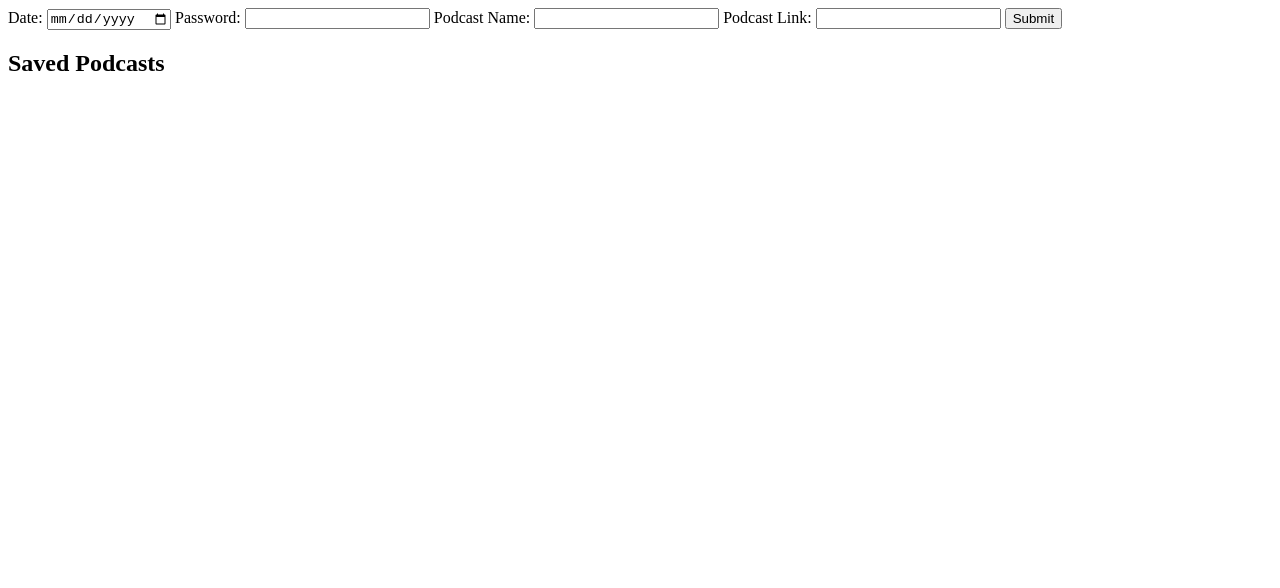
Repository: fechinmitchell/thedailyonepercent
Page: form.html
These files come from the project's save history. The page is drawn as it stood at one moment and after the next save; the edit follows.
The browser window is 1280 px wide. The pictures show the whole page.

Above is the page before, as saved 2023-06-21 21:37:05.

After the next save:
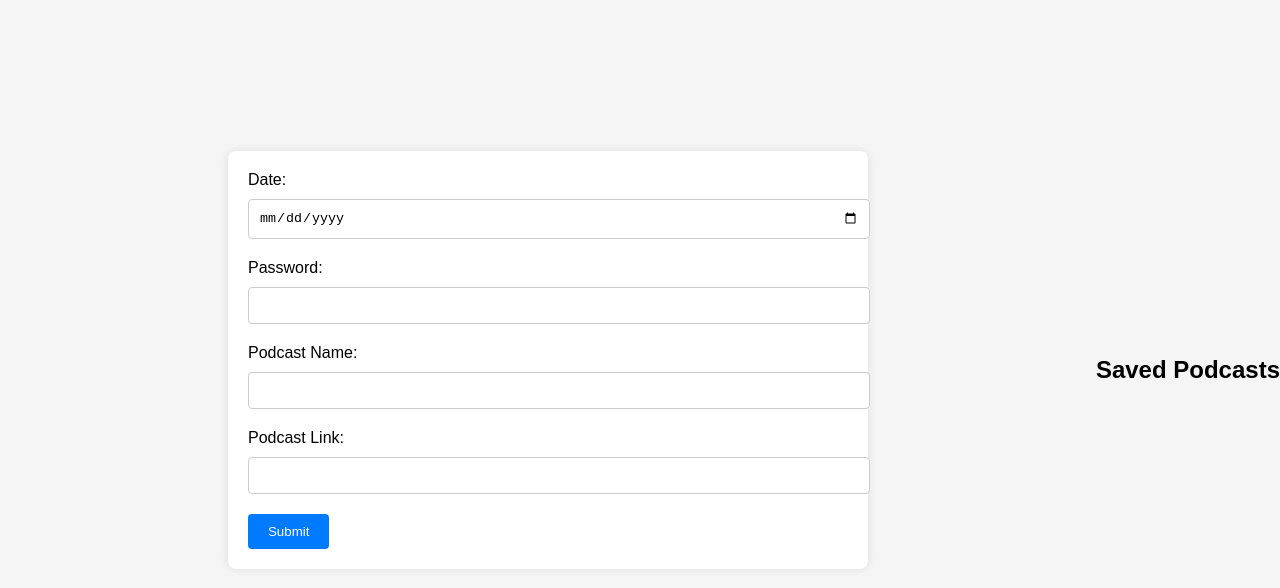
Saved 7 s later.
--- a/popup.css
+++ b/popup.css
@@ -1,36 +1,63 @@
-function loadPodcasts() {
-  var podcastList = document.getElementById('podcast-list-items');
-  podcastList.innerHTML = '';  // clear the list
-
-  // load all saved podcasts from local storage
-  for (var i = 0; i < localStorage.length; i++) {
-    var key = localStorage.key(i);
-    var podcast = JSON.parse(localStorage.getItem(key));
-
-    var li = document.createElement('li');
-    li.innerText = key + ': ' + podcast.name + ' (' + podcast.link + ')';
-    podcastList.appendChild(li);
-  }
+body {
+  background-color: #f5f5f5;
+  font-family: Arial, sans-serif;
+  display: flex;
+  justify-content: center;
+  align-items: center;
+  height: 100vh;
+  margin: 0;
 }
 
-document.getElementById('submit').addEventListener('click', function() {
-  var password = document.getElementById('password').value;
+#podcast-form {
+  background-color: white;
+  padding: 20px;
+  border-radius: 8px;
+  box-shadow: 0px 0px 10px rgba(0,0,0,0.1);
+  width: 80%;
+  max-width: 600px;
+  margin: 0 auto;
+}
 
-  if (password === 'your_password_here') {
-    var date = document.getElementById('date').value;
-    var newPodcastName = document.getElementById('podcastName').value;
-    var newPodcastLink = document.getElementById('podcastLink').value;
+#podcast-form label {
+  display: block;
+  margin-bottom: 10px;
+}
 
-    // Use the date as the key instead of the current day of the month
-    localStorage.setItem(date, JSON.stringify({ name: newPodcastName, link: newPodcastLink }));
-    alert("Podcast info saved for " + date + "!");
+#podcast-form input {
+  width: 100%;
+  padding: 10px;
+  margin-bottom: 20px;
+  border-radius: 4px;
+  border: 1px solid #ccc;
+}
 
-    // Reload the podcast list to include the new podcast
-    loadPodcasts();
-  } else {
-    alert("Invalid password!");
-  }
-});
+#podcast-form button {
+  background-color: #007BFF;
+  color: white;
+  border: none;
+  border-radius: 4px;
+  padding: 10px 20px;
+  cursor: pointer;
+}
 
-// Load the saved podcasts when the page is opened
-loadPodcasts();
+#podcast-form button:hover {
+  background-color: #0056b3;
+}
+
+#logo {
+  width: 50px; /* Adjust this to change the size of the logo */
+}
+
+#podcast-list {
+  margin-top: 20px;
+}
+
+#podcast-list-items li {
+  margin-bottom: 10px;
+}
+
+.delete-btn {
+  margin-left: 10px;
+  color: red;
+  cursor: pointer;
+}
